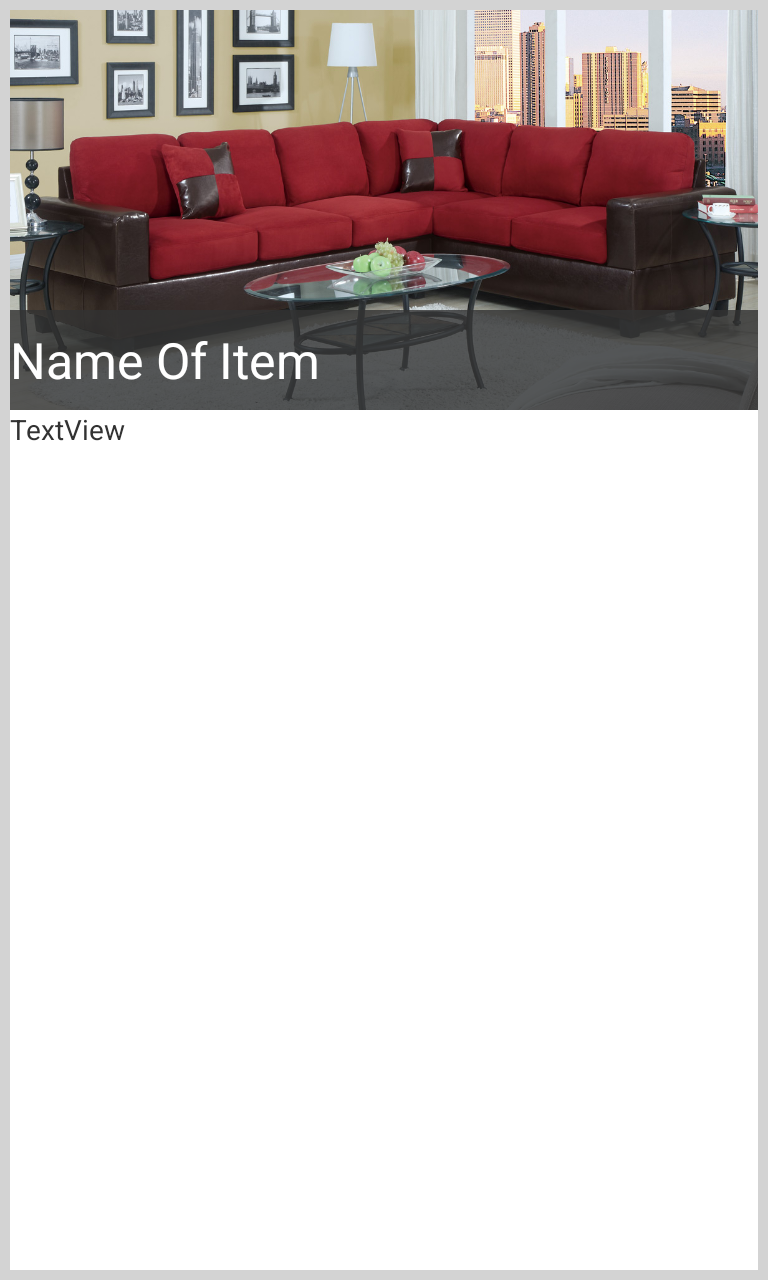
Repository: specialFX16/College-List
Layout: AndroidApp/CollegeList/res/layout/list_view_card.xml
These files come from the project's save history. The layout is drawn as it stood at one moment and after the next save; the edit follows.
It is drawn on a 768 x 1280 px phone screen (xhdpi) without system bars, with theme AppTheme; the app's code is not run.

Above is the layout before, as saved 2015-03-03 02:59:32.

After the next save:
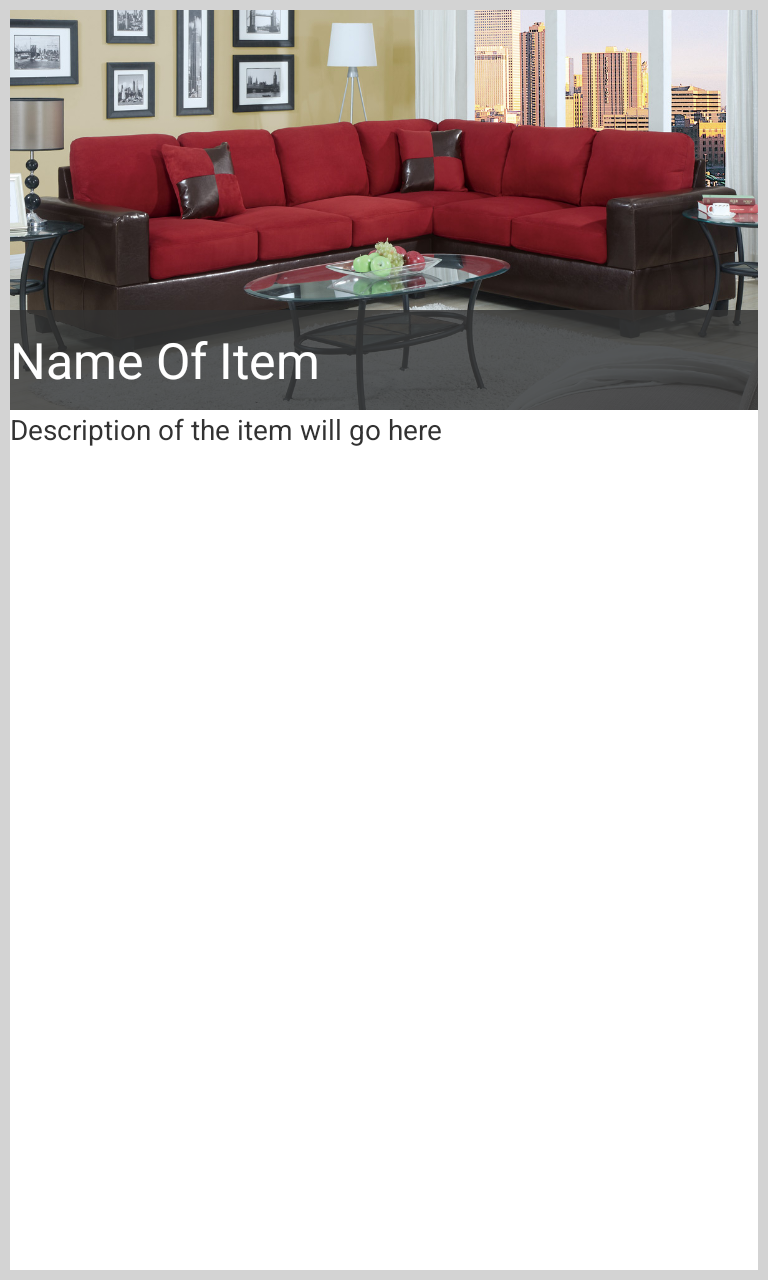
Saved 24 s later.
--- a/AndroidApp/CollegeList/res/layout/list_view_card.xml
+++ b/AndroidApp/CollegeList/res/layout/list_view_card.xml
@@ -53,7 +53,7 @@
             android:layout_height="50dp"
             android:layout_alignParentLeft="true"
             android:layout_below="@+id/main_list_image"
-            android:text="TextView" />
+            android:text="Description of the item will go here" />
 
     </RelativeLayout>
 
